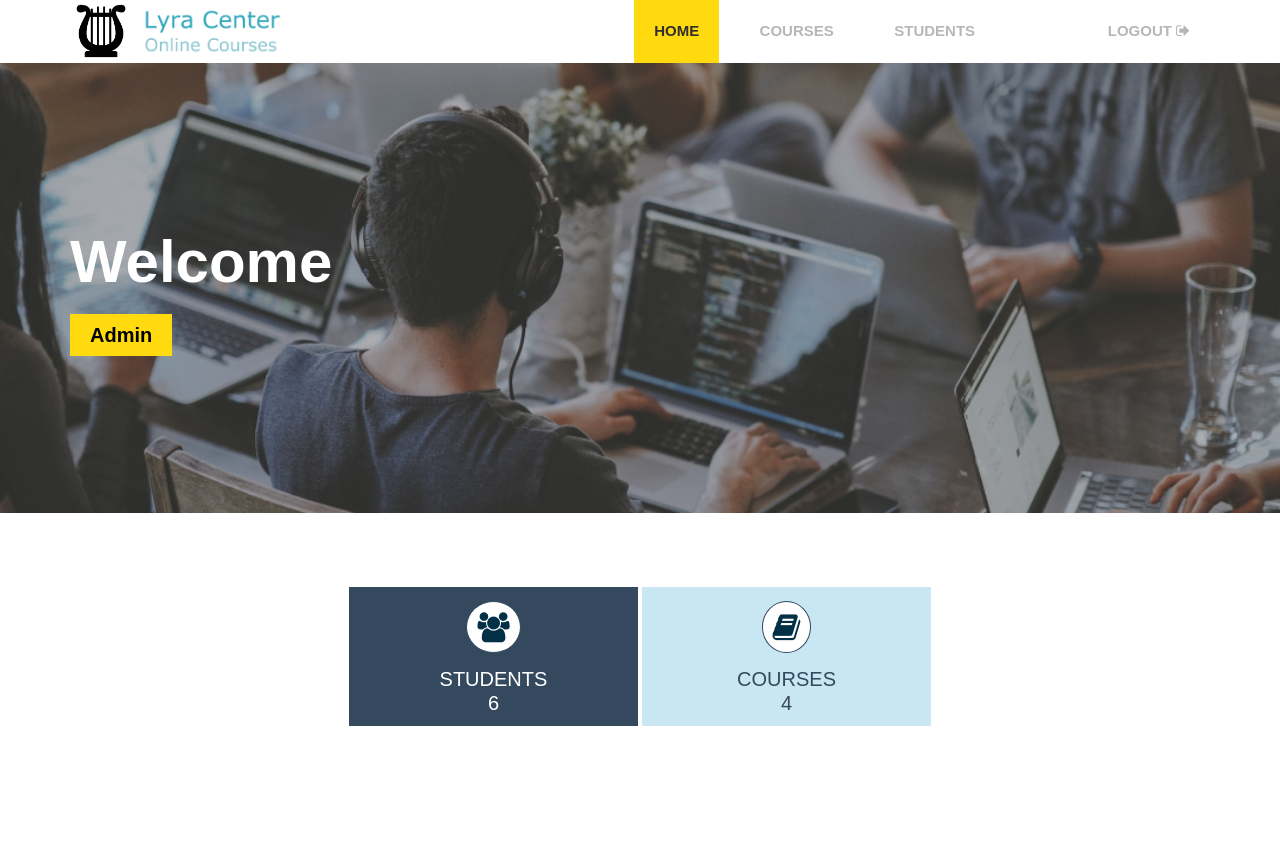
Repository: jersmaecrz/lyra-center
Page: http://localhost/aHome.php
An editor plug-in stored every save of this project. The page is shown before and after a run of saves, followed by the edit.
The browser window is 1280 px wide. The pictures show the whole page.
Some web fonts or font styles are not loaded; a fallback is used. The page is run by PHP 8.4 with error messages shown; the project is at /var/www/html/. The database holds what the project's SQL file puts in it.

Above is the page before, as saved 2022-12-04 16:16:40.

### aHome.php
<?php
    include "admin-classes.php";
?>
<!DOCTYPE html>
<html lang="zxx">
<head>
    <link rel="icon" href="img/lyre.png">
    <meta charset="UTF-8">
    <meta name="description" content="Anime Template">
    <meta name="keywords" content="Anime, unica, creative, html">
    <meta name="viewport" content="width=device-width, initial-scale=1.0">
    <meta http-equiv="X-UA-Compatible" content="ie=edge">
    <title>Lyra | Home</title>
    <link rel="stylesheet" href="css/admin-style.css" type="text/css">

    <!-- Google Font -->
    <link href="https://fonts.googleapis.com/css2?family=Mulish:wght@300;400;500;600;700;800;900&display=swap"
    rel="stylesheet">

    <link rel="preconnect" href="https://fonts.googleapis.com">
    <link rel="preconnect" href="https://fonts.gstatic.com" crossorigin>
    <link href="https://fonts.googleapis.com/css2?family=Open+Sans:wght@700&display=swap" rel="stylesheet">

    <!-- Css Styles -->
    <link rel="stylesheet" href="css/bootstrap.min.css" type="text/css">
    <link rel="stylesheet" href="css/font-awesome.min.css" type="text/css">
    <link rel="stylesheet" href="css/elegant-icons.css" type="text/css">
    <link rel="stylesheet" href="css/plyr.css" type="text/css">
    <link rel="stylesheet" href="css/nice-select.css" type="text/css">
    <link rel="stylesheet" href="css/owl.carousel.min.css" type="text/css">
    <link rel="stylesheet" href="css/slicknav.min.css" type="text/css">
    <link rel="stylesheet" href="css/style.css" type="text/css">
</head>

<body>
    <!-- Page Preloder -->
    <div id="preloder">
        <div class="loader"></div>
    </div>

    <!-- Header Section Begin -->
    <header class="header">
        <div class="container">
            <div class="row">
                <div class="col-lg-5">
                    <div class="header__logo">
                        <a href="./aHome.php">
                            <img src="img/lyre.png" alt="" width=62px>
                            <img src="img/lyra.png" alt="" width=150px>
                        </a>
                    </div>
                </div>
                <div class="col-lg-7">
                    <div class="header__nav">
                        <nav class="header__menu mobile-menu">
                            <ul>
                                <li class="active"><a href="./aHome.php">HOME</a></li>
                                <li ><a href="./aCourses.php">COURSES</a></li>
                                <li ><a href="./aStudents.php">STUDENTS</a></li>
                                <li class="right"><a href="./signup.html">LOGOUT <i class="fa fa-sign-out" aria-hidden="true"></i></a></li>
                            </ul>
                        </nav>
                    </div>
                </div>

            </div>
            <div id="mobile-menu-wrap"></div>
        </div>
    </header>
    <!-- Header End -->


    <!-- Normal Breadcrumb Begin -->
    <section class="normal-breadcrumb set-bg" data-setbg="img/banner.png">
        <div class="container">
            <div class="row">
                <div class="col-lg-5">
                    <div class="normal__breadcrumb__text">
                        <h2>Welcome</h2>
                        <div class="lemony"><a><span><b>Admin</b></span</a></div>
                    </div>
                </div>
            </div>
        </div>

    </section>
    <!-- Normal Breadcrumb End -->
<br>

<!-- Dashboard -->
<div class="container">
    <div class="row">
            <div class="col-lg-12">
                <div class="main-section">
                    <div class="dashboard blueDash">
                        <a href="./aStudents.php">
                            <div class="icon-section">
                                <i class="icon fa fa-users" aria-hidden="true"></i><br>
                                <b><h3>STUDENTS</h3></b>
                                <?php
                                    $dash = new Dashboard ();
                                    $dash -> countStudents($pdo)
                                ?>
                                <p><?php echo $dash ->getStudents() ?></p>
                            </div>
                        </a>
                    </div>
                    <div class="dashboard yellowDash">
                        <a href="./aCourses.php">
                            <div class="icon-section">
                                <i class="icon fa fa-book" aria-hidden="true"></i><br>
                                <b><h3>COURSES</h3></b>
                                <?php
                                    $dash -> countCourses($pdo)
                                ?>
                                <p><?php echo $dash ->getCourses() ?></p>
                            </div>
                        </a>
                    </div>
            </div>
    </div>
</div>
<br>
<br>
<br>
<br>
<br>

<!-- Footer Section Begin
<footer class="footer">
    <div class="page-up">
        <a href="#" class="scroll"><span class="arrow_carrot-up"></span></a>
    </div>
    <div class="container">
        <div class="row">
            <div class="col-lg-3">
                <div class="footer__logo">
                    <a href="./index.html">
                        <img src="img/mango manga.png" alt="" width=80px>
                        <img src="img/mm.png" alt="" width=110px>
                    </a>
                </div>
            </div>
            <div class="col-lg-6">
                <div class="footer__nav">
                    <ul>
                        <li class="active"><a href="./index.html">HOME</a></li>
                        <li ><a href="./courses.html">COURSES</a></li>
                        <li ><a href="./signup.html">STUDENTS</a></li>

                    </ul>
                </div>
            </div>

          </div>
      </div>
  </footer>
  <!-- Footer Section End -->


<!-- Js Plugins -->
<script src="js/jquery-3.3.1.min.js"></script>
<script src="js/bootstrap.min.js"></script>
<script src="js/player.js"></script>
<script src="js/jquery.nice-select.min.js"></script>
<script src="js/mixitup.min.js"></script>
<script src="js/jquery.slicknav.js"></script>
<script src="js/owl.carousel.min.js"></script>
<script src="js/main.js"></script>


</body>

</html>

### admin-classes.php
<?php
   require_once("config.php");
   class Dashboard {
        //Attributes
        public $name;
        public $courses;
        //Create setters
        function setStudents($students){
            $this -> students = $students;
        }
        function setCourses($courses){
            $this -> courses = $courses;
        }
        //Create getters
        function getStudents(){
            return $this -> students;
        }
        function getCourses(){
            return $this -> courses;
        }
        function countStudents($pdo){
            $type = "user";

            $query = "SELECT * FROM users WHERE `user_type` = ?" ;
            $stmt = $pdo-> prepare($query);
            $stmt -> execute([$type]);
            $rows = $stmt -> fetchAll();
            $rowCount = $stmt->rowCount();
            $this -> setStudents($rowCount);
        }
        function countCourses($pdo){
            $query = "SELECT * FROM courses";
            $stmt = $pdo-> prepare($query);
            $stmt -> execute();
            $rows = $stmt -> fetchAll();
            $rowCount = $stmt->rowCount();
            $this -> setCourses($rowCount);
        }
    }
    class Students {
        //Attributes
        public $students;
        //Create setter
        function setStudents($students){
            $this -> students = $students;
        }
        //Create getter
        function getStudents(){
            return $this -> students;
        }
        function retrieveStudents($pdo){
            $type = "user";
            $query = "SELECT * FROM users WHERE `user_type` = ?";
            $stmt = $pdo-> prepare($query);
            $stmt -> execute([$type]);
            $rows = $stmt -> fetchAll();
            $this -> setStudents($rows);
        }
    }
    class StudentCourse {
        //Attributes
        public $studentUsername;
        public $courses;
        public $status;
        //Create setter
        function setStudentUsername($studentUsername){
            $this -> studentUsername = $studentUsername;
        }
        function setCourses($courses){
            $this -> courses = $courses;
        }
        //Create getter
        function getStudentUsername(){
            return $this -> studentUsername;
        }
        function getCourses(){
            return $this -> courses;
        }
        function retrieveStudentCourses($pdo){
            $id = $this-> getStudentUsername();
            $query = "SELECT * FROM `enrolled courses` JOIN `courses` WHERE `sUsername` = ?";
            $stmt = $pdo-> prepare($query);
            $stmt -> execute([$id]);
            $rows = $stmt -> fetchAll();
            $this -> setCourses($rows);
        }
        function updateEnrollmentStatus($pdo, $ecID, $status){
            $query = "UPDATE `enrolled courses` SET `ecStatus` = ? WHERE `ecID` = ?";
            $stmt = $pdo-> prepare($query);
            $stmt -> execute([$status,$ecID]);
            echo "Successfully Updated.";
            echo "<script>
                window.location.replace('aEnrolledCourses.php?uname=".filter_var($_GET['uname'])."');
            </script>";

        }
    }
    class StudentPayment {
        //Attributes
        public $payments;
        //Create setter
        function setPayments($payments){
            $this -> payments = $payments;
        }
        //Create getter
        function getPayments(){
            return $this -> payments;
        }
        function retrieveStudentPayments($pdo, $ecID){
            $query = "SELECT * FROM `payment` WHERE `ecID` = ?";
            $stmt = $pdo-> prepare($query);
            $stmt -> execute([$ecID]);
            $rows = $stmt -> fetchAll();
            $this -> setPayments($rows);
        }
    }
?>

### config.php
<?php
    $host = "remotemysql.com";
    $user = "NsqxjSUDbx";
    $password = "wLgUwnheJo";
    $dbName = "NsqxjSUDbx" ;
    //Connect to database using PDO
    try {
        $dsn ="mysql:host=$host;dbname=$dbName";
        $pdo = new PDO($dsn,$user, $password);
        //Check the connection
        $pdo->setAttribute(PDO::ATTR_DEFAULT_FETCH_MODE,PDO::FETCH_OBJ);
        $pdo->setAttribute(PDO::ATTR_ERRMODE,PDO::ERRMODE_EXCEPTION);
    } catch(PDOException $e) {
        echo "Unable to Connect to DB: ". $e->getMessage();
    }
?>

### css/admin-style.css

/*			HOME PAGE 			*/
.right {
    float: right;
}
.scroll {
    margin-left: -50px;
    margin-top: -50px;
}
.main-section{
	width:80%;
	margin:0 auto;
	text-align: center;
	padding: 0px 5px;
}
.dashboard{
	width:32%;
	display: inline-block;
	margin-top: 50px;
}
.icon-section i{
	font-size: 30px;
	padding:10px;
	border:1px solid #34495E;
	margin-bottom: 10px;
    margin: 5%;
	background-color:#fff;
    border-radius: 50%;
}
.icon-section h3{
	font-size: 20px;
    color: #fff;
	font-family: "Mulish", sans-serif;
}
.icon-section p{
	margin:0px;
	font-size: 20px;
	padding-bottom: 10px;
	font-family: "Mulish", sans-serif;
}
.icon {
    color: #023047;
}
.blueDash {
    background-color:#34495E;
}
.yellowDash {
    background-color:#c9e6f3;
}
.yellowDash h3, .yellowDash p{
	color: #34495E;
}
.blueDash p, .blueDash h3{
	color:#fff;
}
.pg-breadcrumb {
	height: 240px;
	display: -webkit-box;
	display: -ms-flexbox;
	display: flex;
	-webkit-box-align: center;
	-ms-flex-align: center;
	align-items: center;
	-webkit-box-pack: center;
	-ms-flex-pack: center;
	justify-content: center;
}
/*			STUDENTS PAGE 			*/
.styled-table {
    border-collapse: collapse;
    margin: 25px 0;
    font-size: 0.9em;
    font-family: sans-serif;
    box-shadow: 0 0 20px rgba(0, 0, 0, 0.15);
	font-family: "Mulish", sans-serif;
	width: 50%;
	margin-bottom: 20px;

}
.styled-table thead tr {
	background-color: #c9e6f3;
	/*background-color: #FFDA0E;*/
    color: #023047;
    text-align: left;
}
.styled-table th,
.styled-table td {
    padding: 12px 15px;
	white-space: nowrap;
}
.styled-table tbody tr {
    border-bottom: 1px solid #dddddd;
}

.styled-table tbody tr:nth-of-type(even) {
    background-color: #f3f3f3;
}

.styled-table tbody tr:last-of-type {
    border-bottom: 2px solid #4ACBCB;
}
.styled-table tbody tr.active-row {
    font-weight: bold;
    color: #34495E;
}
.ico {
	font-size: 24px;
	margin-left: 50px;
	align-content: center;
	color: #4ACBCB;
	align-items: center;
}
/*			STUDENT'S ENROLLED COURSES PAGE 			*/
.banner-text {
	font-size: 50px !important;
}
.save-button {
	color: #f3f3f3;
	background: #023047;
	border-radius: 5px;
	margin: 5px;
}
.btnLink {
	padding: 5px;
}
/*			STUDENT'S PAYMENT PAGE 			*/

### sql.sql (the tables this page reads)
CREATE TABLE `courses` (
  `crsID` varchar(100) COLLATE utf8_unicode_ci NOT NULL,
  `crsName` varchar(200) COLLATE utf8_unicode_ci NOT NULL,
  `crsInstructor` varchar(200) COLLATE utf8_unicode_ci NOT NULL,
  `crsPrice` float NOT NULL,
  `crsDesc` varchar(500) COLLATE utf8_unicode_ci NOT NULL
) ENGINE=InnoDB DEFAULT CHARSET=utf8 COLLATE=utf8_unicode_ci;

INSERT INTO `courses` (`crsID`, `crsName`, `crsInstructor`, `crsPrice`, `crsDesc`) VALUES
('FE ELEC ', 'IP EXAM', 'Sir PHILNITS', 1300, 'Online Course'),
('ICS 26016', 'Technopreneuship', 'Ma\'am Maria Christina Aragon', 1500, 'Entrepreneurial skills.'),
('ICS26013', 'Software Engineering 2', 'Inst. Lopez', 5000, 'Lorem ipsum'),
('IT ELEC3C', 'Web Application Development with PHP', 'Gabriel Montano', 1000, '3 Months PHP Online Course');

ALTER TABLE `courses`
  ADD UNIQUE KEY `crsID` (`crsID`);

CREATE TABLE `users` (
  `id` int(11) NOT NULL,
  `name` varchar(100) NOT NULL,
  `username` varchar(100) NOT NULL,
  `email` varchar(100) NOT NULL,
  `user_type` varchar(100) NOT NULL,
  `password` varchar(100) NOT NULL
) ENGINE=InnoDB DEFAULT CHARSET=utf8mb4 COLLATE=utf8mb4_0900_ai_ci;

INSERT INTO `users` (`id`, `name`, `username`, `email`, `user_type`, `password`) VALUES
(1, 'Arella Sumabat', 'arellamarie', 'arellamarie.sumabat@gmail.com', 'user', '4573a077f36ee2fd05b3e6054a24aa29'),
(6, 'Leila Gregorio', 'leinami', 'leilapatricia.gregorio.cics@ust.edu.ph', 'admin', '754f9968bf5f5f68d7dea029889b7415'),
(7, 'admin', 'admin', 'admin@gmail.com', 'admin', '21232f297a57a5a743894a0e4a801fc3'),
(8, 'Leila Gregorio', 'leila', 'leilapatricia.gregorio.cics@ust.edu.ph', 'user', '754f9968bf5f5f68d7dea029889b7415'),
(9, 'Jersey Cruz', 'jerss', 'jersuu@email.com', 'user', '202cb962ac59075b964b07152d234b70'),
(10, 'Hello Kitty', 'hellokitty', 'hellokitty03@gmail.com', 'user', '62fbc82dabe52c6e017e8ad9fb8f69a2'),
(11, 'Mya Nava', 'znvry', 'myajaren.nava.cics@ust.edu.ph', 'user', '27cb01c90a7fa07daf3a649f780b7086'),
(12, 'Jersey', 'jersii', 'jerseyy@email.com', 'user', '81dc9bdb52d04dc20036dbd8313ed055');

ALTER TABLE `users`
  ADD PRIMARY KEY (`id`);

ALTER TABLE `users`
  MODIFY `id` int(11) NOT NULL AUTO_INCREMENT, AUTO_INCREMENT=13;

Loaded but not shown: css/bootstrap.min.css (library); css/font-awesome.min.css (library); css/plyr.css (library); css/nice-select.css (common file); css/owl.carousel.min.css (library); css/slicknav.min.css (common file); js/jquery-3.3.1.min.js (library); js/bootstrap.min.js (library); js/player.js (library); js/jquery.nice-select.min.js (common file); js/mixitup.min.js (library); js/jquery.slicknav.js (library); js/owl.carousel.min.js (library); js/main.js (101 lines, source omitted); css/elegant-icons.css (1157 lines, source omitted); css/style.css (1159 lines, source omitted)

After the next 2 saves:
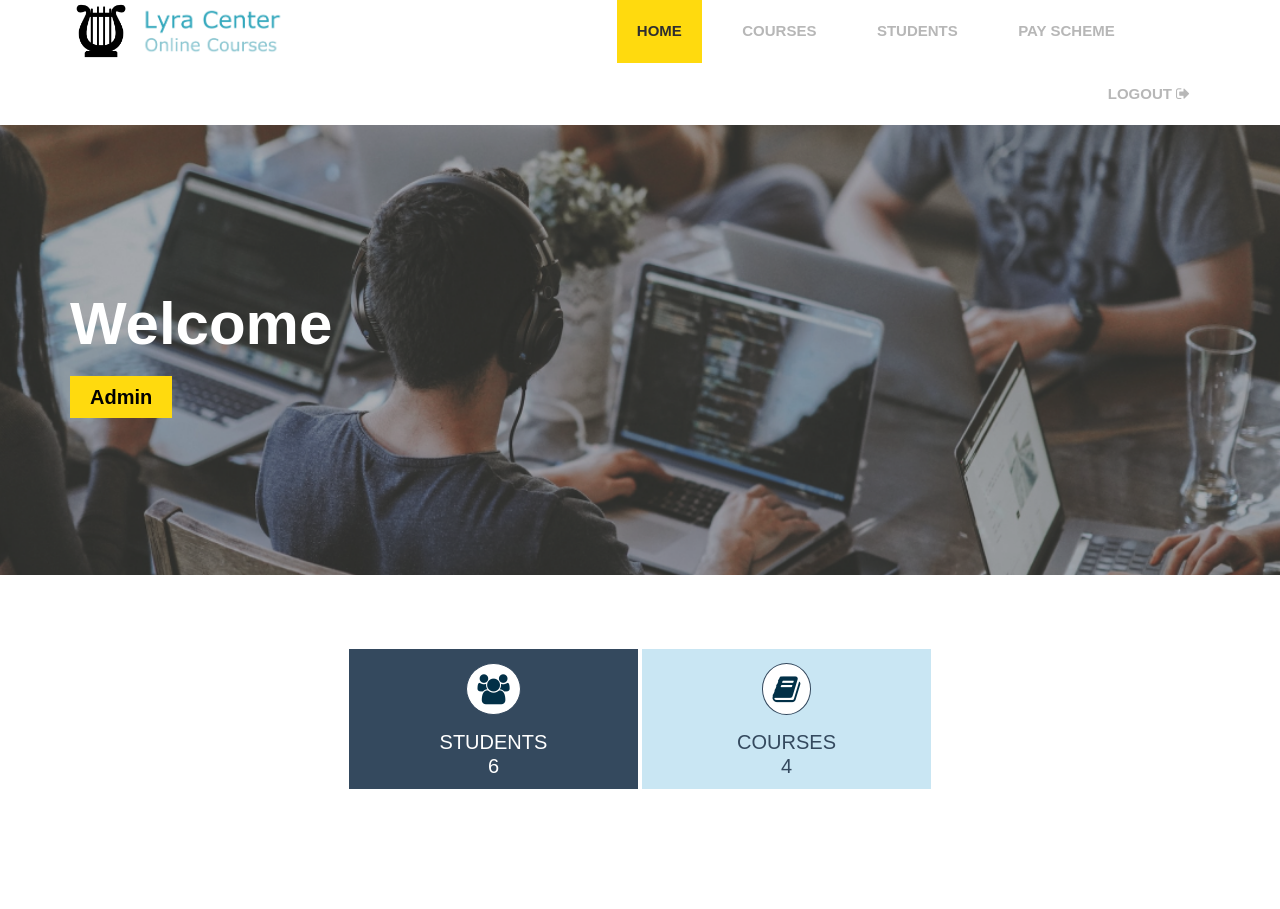
The 2 saves are shown as one change because they came seconds apart.
The last was saved 3 min 30 s later.
--- a/aHome.php
+++ b/aHome.php
@@ -57,6 +57,8 @@
                                 <li class="active"><a href="./aHome.php">HOME</a></li>
                                 <li ><a href="./aCourses.php">COURSES</a></li>
                                 <li ><a href="./aStudents.php">STUDENTS</a></li>
+                                <li ><a href="">PAY SCHEME</a></li>
+
                                 <li class="right"><a href="./signup.html">LOGOUT <i class="fa fa-sign-out" aria-hidden="true"></i></a></li>
                             </ul>
                         </nav>
